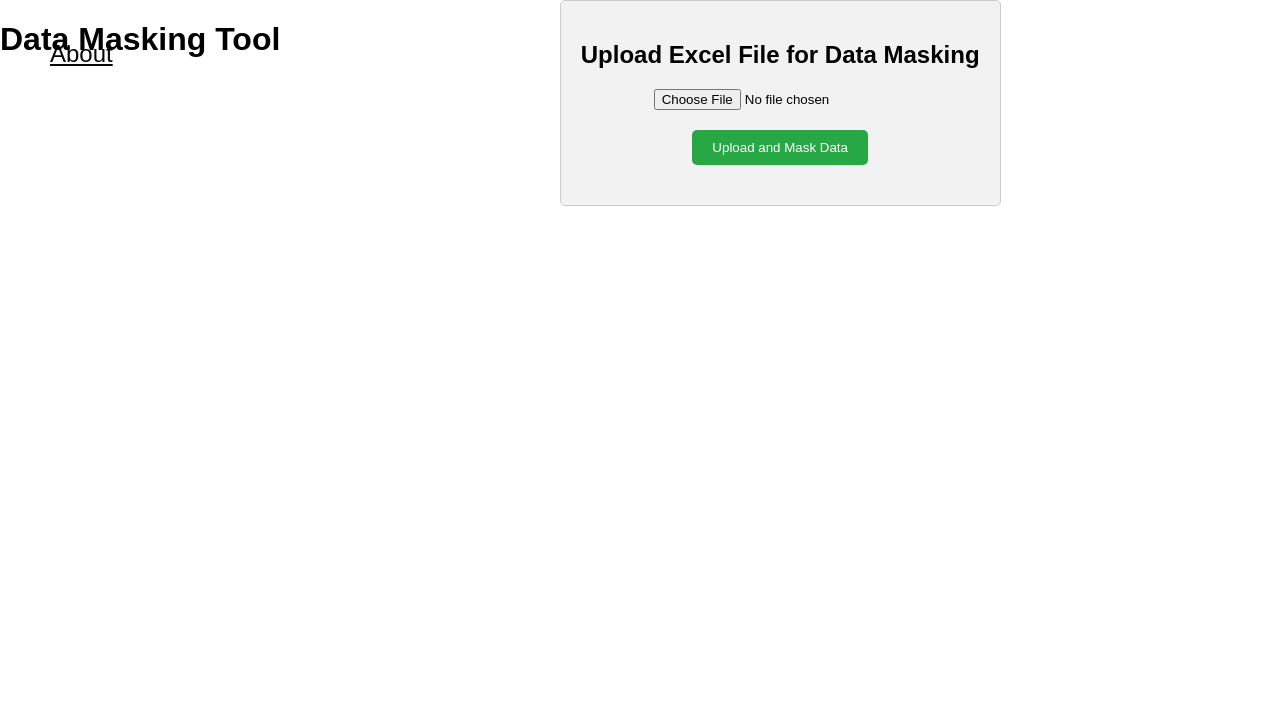
Repository: prithika12/DataMasking_Tool
Page: index.html
The author's editor kept a copy of each file at every save. The page is drawn from the files as they stood at one save, then again after the next save.
The browser window is 1280 px wide. The pictures show the whole page.

Above is the page before, as saved 2024-07-09 11:48:17.

### index.html
<!DOCTYPE html>
<html>
<head>
    <h1>Data Masking Tool</h1>
    <style>
        body {
            font-family: Arial, sans-serif;
            margin: 0;
            padding: 0;
            display: flex;
            justify-content: center; /* Center horizontally */
        }
        .container {
            max-width: 600px;
            margin: 0 auto;
            padding: 20px;
            background-color: #f2f2f2;
            border: 1px solid #ccc;
            border-radius: 5px;
        }
        h1, h2 {
            text-align: center;
        }

        input[type="file"] {
            display: block;
            margin: 20px auto;
        }
        button {
            display: block;
            margin: 20px auto;
            padding: 10px 20px;
            background-color: #28a745;
            color: white;
            border: none;
            border-radius: 5px;
            cursor: pointer;
        }
        button:hover {
            background-color: #218838;
        }
        .about-link {
            position: absolute;
            top: 20px;
            left: 20px;
            padding: 20px 30px;
        }
        .about-link a {
            color: #070708;
            font-size:x-large;
            text-decoration: underline;
        }
        .about-link a:hover {
            text-decoration: underline;
        }
    </style>
</head>
<body>
    <div class="container">
        <h2>Upload Excel File for Data Masking</h2>
        <form action="/uploader" method="post" enctype="multipart/form-data">
            <input type="file" name="file" accept=".xlsx">
            <button type="submit">Upload and Mask Data</button>
        </form>
    </div>
    <div class="about-link">
        <a href="https://github.com/prithika12/DataMasking_Tool/blob/main/README.md" target="_blank">About</a>
    </div>
</body>
</html>

After the next save:
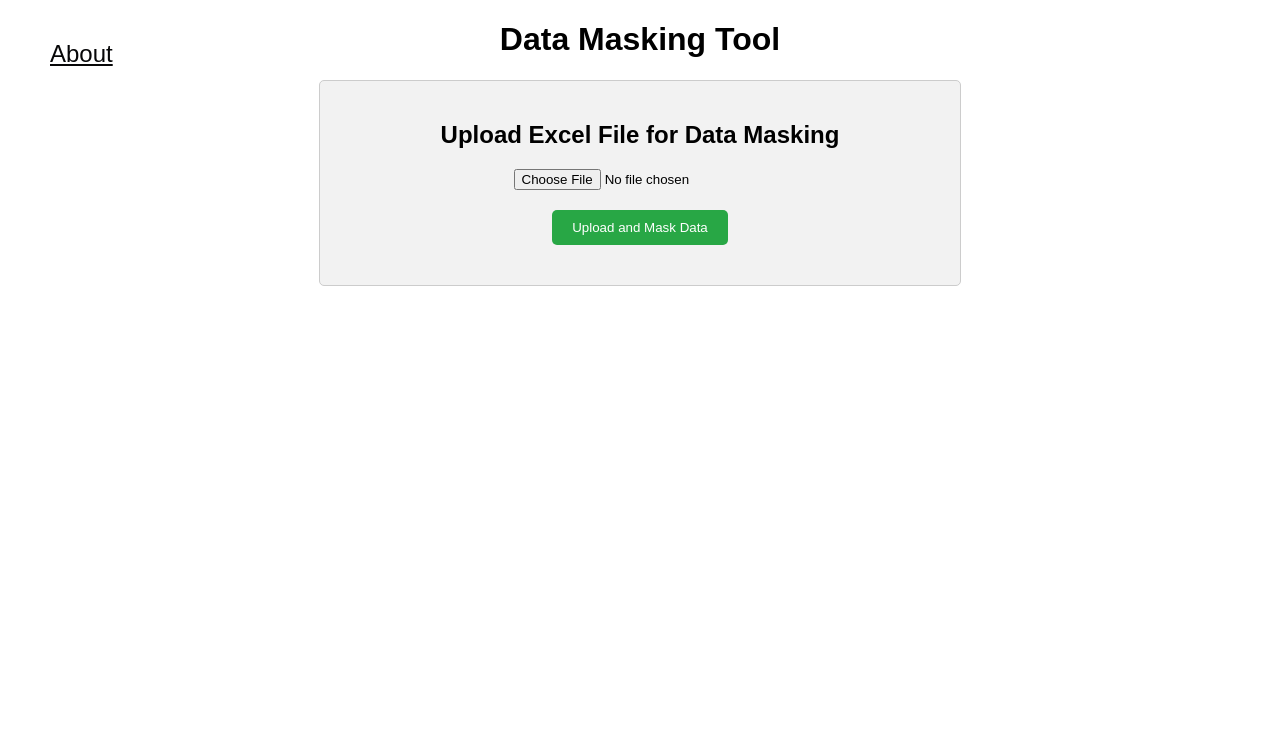
Saved 7 s later.
--- a/index.html
+++ b/index.html
@@ -7,8 +7,9 @@
             font-family: Arial, sans-serif;
             margin: 0;
             padding: 0;
-            display: flex;
             justify-content: center; /* Center horizontally */
+            align-items: center; /* Center vertically */
+            height: 100vh; /* Full viewport height */
         }
         .container {
             max-width: 600px;
